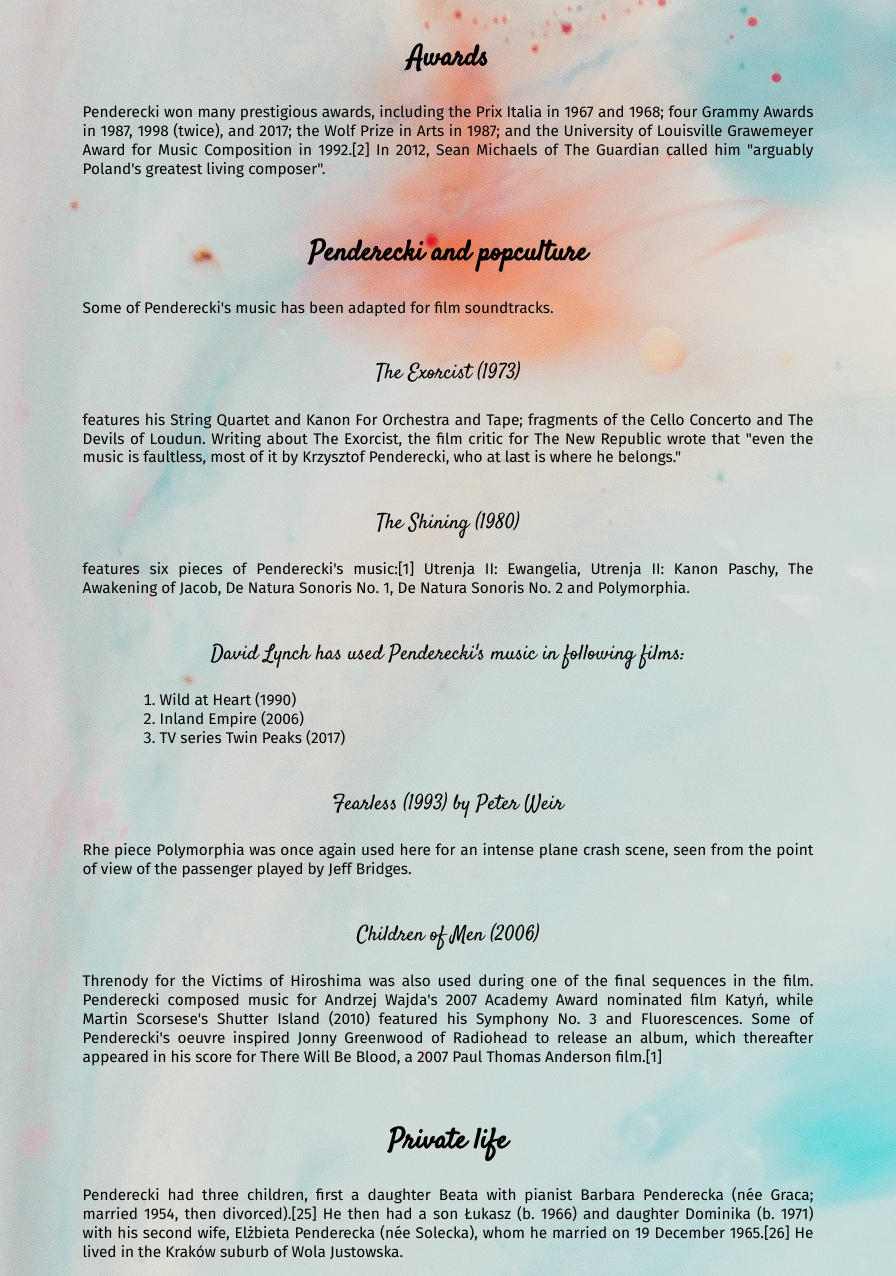
Repository: justynke/tribute_page
Page: index.html
The author's editor kept a copy of each file at every save. The page is drawn from the files as they stood at one save, then again after the next save.
The browser window is 1280 px wide. The pictures show the part of the page from y = 1282 to 3202 px (the page is 3105 px tall before and 3202 px after), at 70% of full size.

Above is the page before, as saved 2020-04-23 00:30:35.

After the next save:
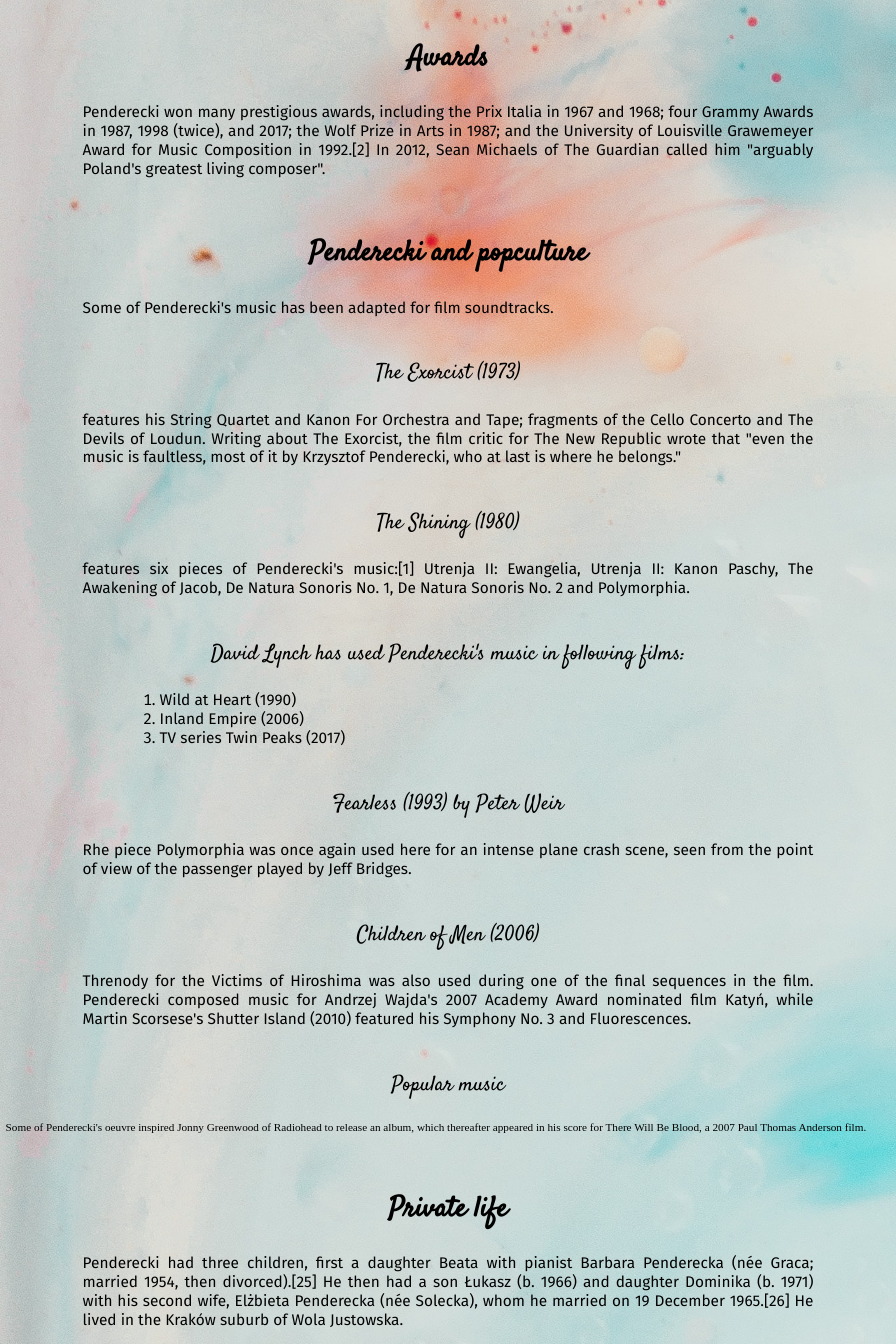
Saved 38 s later.
--- a/index.html
+++ b/index.html
@@ -49,10 +49,12 @@
     </ol>
     <h3>Fearless (1993) by Peter Weir</h3>
     <p>Rhe piece Polymorphia was once again used here for an intense plane crash scene, seen from the point of view of the passenger played by Jeff Bridges. </p>
+
     <h3>Children of Men (2006)</h3>
      <p>Threnody for the Victims of Hiroshima was also used during one of the final sequences in the film. Penderecki composed music for Andrzej Wajda's 2007 Academy Award nominated film Katyń, while Martin Scorsese's Shutter Island (2010) featured his Symphony No. 3 and Fluorescences.
 
-    Some of Penderecki's oeuvre inspired Jonny Greenwood of Radiohead to release an album, which thereafter appeared in his score for There Will Be Blood, a 2007 Paul Thomas Anderson film.[1]</p>
+        <h3>Popular music</h3>
+    Some of Penderecki's oeuvre inspired Jonny Greenwood of Radiohead to release an album, which thereafter appeared in his score for There Will Be Blood, a 2007 Paul Thomas Anderson film.</p>
 
     <h2>Private life</h2>
     <p>Penderecki had three children, first a daughter Beata with pianist Barbara Penderecka (née Graca; married 1954, then divorced).[25] He then had a son Łukasz (b. 1966) and daughter Dominika (b. 1971) with his second wife, Elżbieta Penderecka (née Solecka), whom he married on 19 December 1965.[26] He lived in the Kraków suburb of Wola Justowska.</p>
